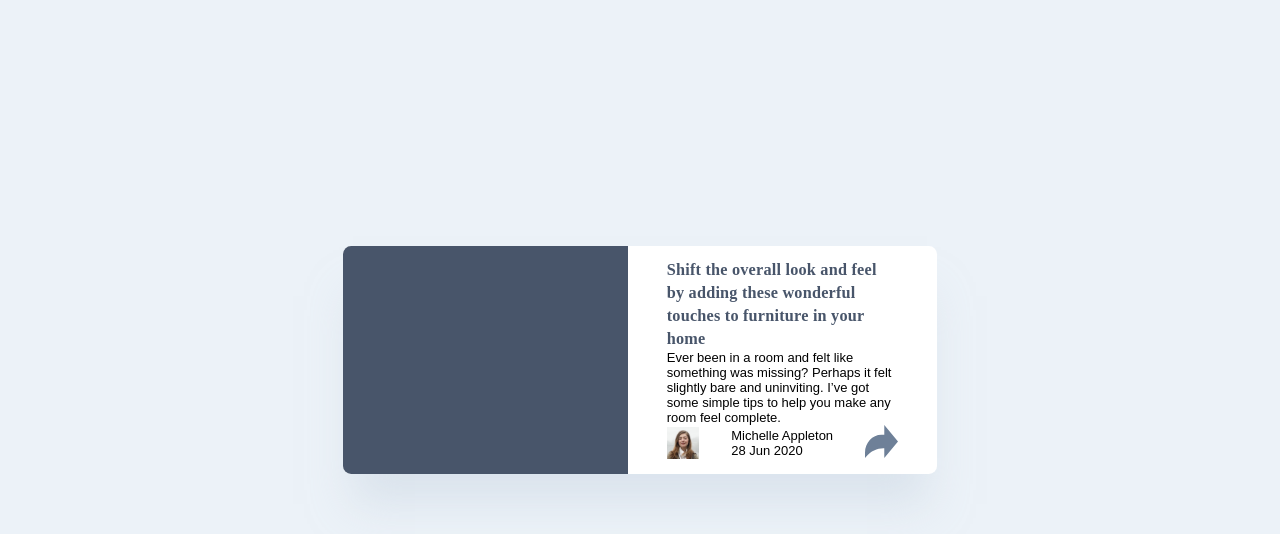
Repository: brandontaylor1/article-preview-component
Page: index.html
These files come from the project's save history. The page is drawn as it stood at one moment and after the next save; the edit follows.
The browser window is 1280 px wide. The pictures show the whole page.

Above is the page before, as saved 2025-01-13 21:55:29.

### index.html
<!DOCTYPE html>
<html lang="en">
<head>
    <meta charset="UTF-8">
    <meta name="viewport" content="width=device-width, initial-scale=1.0">
    <link rel="stylesheet" href="styles.css">
    <title>Article Preview Component</title>
</head>
<body>

    <div class="container">
        <main class="component">
            <div class="img-container">

            </div>
            <div class="component-content">
                <h2>Shift the overall look and feel by adding these wonderful touches to furniture in your home</h2>
                <p>Ever been in a room and felt like something was missing? Perhaps it felt slightly bare and uninviting. I’ve got some simple tips to help you make any room feel complete.</p>
                <div class="social-box">
                    <img src="./assets/images/avatar-michelle.jpg" alt="Picture of User Michelle">
                    <div class="social-info">
                        <p>Michelle Appleton</p>
                        <p>28 Jun 2020</p>
                    </div>
                    <div class="share-btn">
                        <img src="./assets/images/icon-share.svg" alt="Share Icon">
                    </div>
                </div>
            </div>
        </main>
    </div>

    <script src="index.js"></script>
</body>
</html>

### styles.css
* {
    margin: 0;
    padding: 0;
    box-sizing: border-box;
}

:root {
    /* COLORS */
    --dark-grayish-blue: hsl(217, 19%, 35%);
    --desaturated-dark-blue: hsl(214, 17%, 51%);
    --grayish-blue: hsl(212, 23%, 69%);
    --light-grayish-blue: hsl(210, 46%, 95%);
}

html {
    font-size: 13px;
}

body {
    font-family: 'Nunito', sans-serif;
    background-color: var(--light-grayish-blue);
}

.container {
    height: 100vh;
    display: flex;
    justify-content: center;
    align-items: center;

}

.component {
    width: 45.625rem;
    height: 17.5rem;
    display: flex;
    align-items: center;
    justify-content: center;
    border-radius: 0.625rem;
    background: #FFF;
    box-shadow: 0px 40px 40px -10px rgba(201, 213, 225, 0.50);
    overflow: hidden;
}

.img-container {
    width: 21.87rem;
    height: 100%;
    display: flex;
    justify-content: center;
    align-items: center;
    background: #48556A;

}

.img-container img {
    width: 100%;
    height: auto;
    border-radius: 0.625rem 0 0 0.625rem;
}

.component-content {
    width: 22.8125rem;
    padding: 3rem;
    flex-grow: 1;
}

.component-content h2 {
    color: #48556A;
    font-family: Manrope;
    font-size: 1.25rem;
    font-style: normal;
    font-weight: 700;
    line-height: 1.75rem; /* 140% */
    letter-spacing: 0.01563rem;
    width: 100%;
}

.social-box {
    display: flex;
    justify-content: space-between;
    align-items: center;
    width: 100%;
}

.social-box img {
    width: 2.5rem;
    height: 2.5rem;
}

Loaded but not shown: index.js (no stored copy; drawn as an empty file)

After the next save:
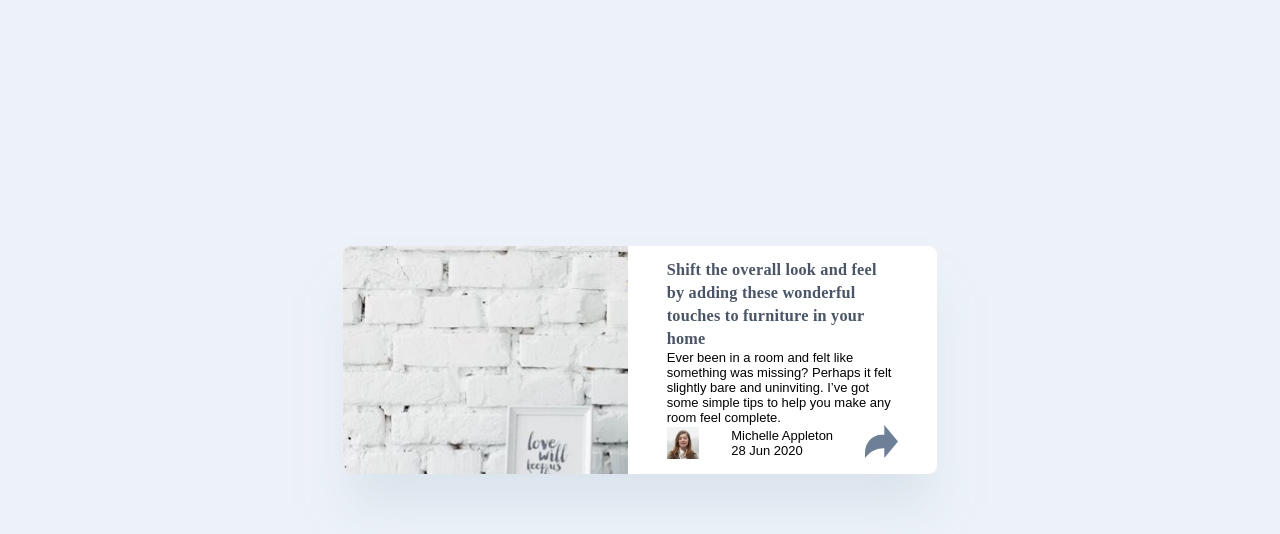
Saved 20 s later.
--- a/styles.css
+++ b/styles.css
@@ -47,7 +47,7 @@ body {
     display: flex;
     justify-content: center;
     align-items: center;
-    background: #48556A;
+    background-image: url('./assets/images/drawers.jpg');
 
 }
 
